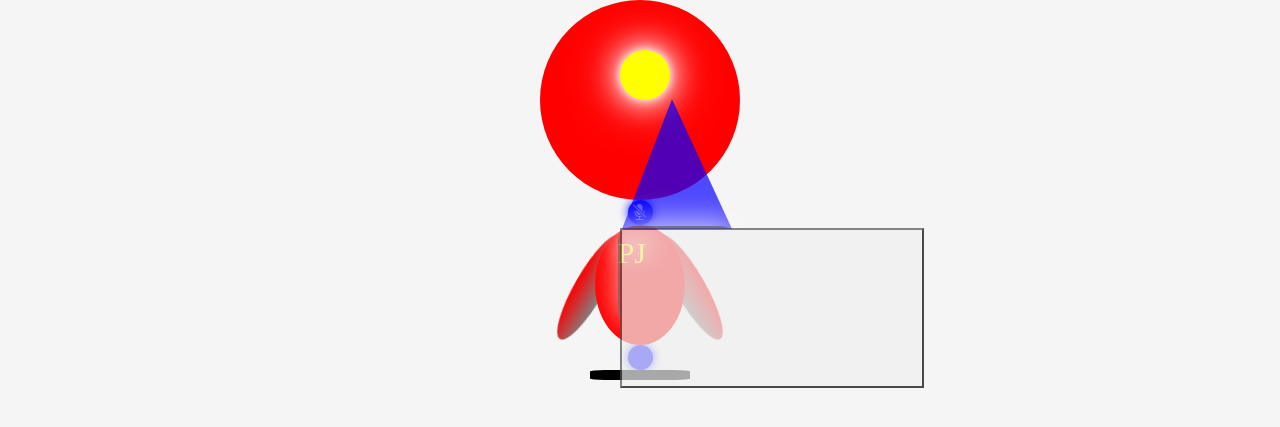
Repository: GwendiWisnuAnggoro/GwendiWisnuAnggoro.github.io
Page: AI PJ/Index.html
An editor plug-in stored every save of this project. The page is shown before and after a run of saves, followed by the edit.
The browser window is 1280 px wide. The pictures show the whole page.
Some web fonts or font styles are not loaded; a fallback is used.

Above is the page before, as saved 2023-02-06 19:39:44.

After the next 2 saves:
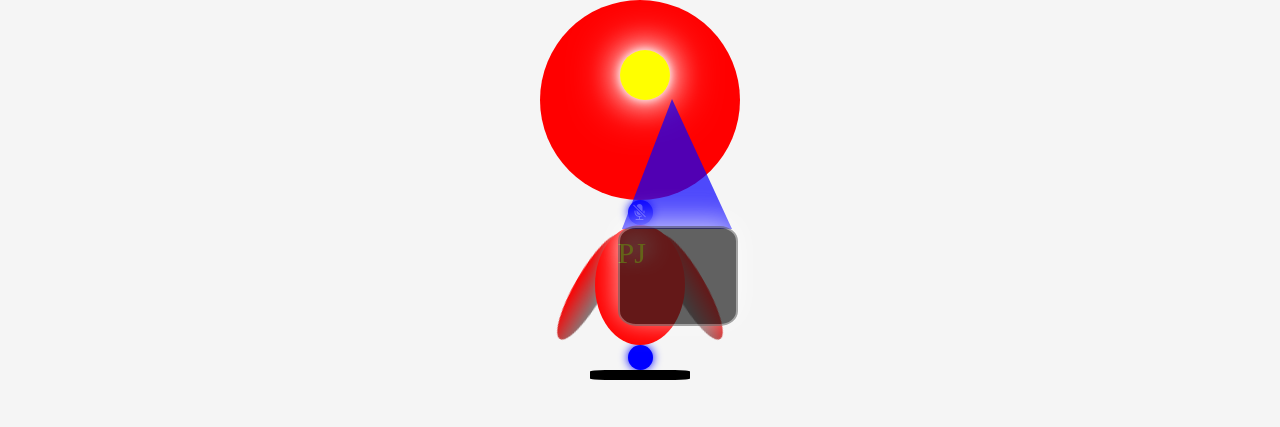
The 2 saves are shown as one change because they came seconds apart.
The last was saved 2 min 25 s later.
--- a/AI PJ/Index.html
+++ b/AI PJ/Index.html
@@ -419,10 +419,8 @@
             <p class="nama">PJ</p>
             <div class="segitiga"></div>
             <div class="layar">
-                <button type="button" id="caption">
-                    <video id="video" autoplay></video>
-                    <canvas id="canvas" style="display:none;"></canvas>
-                </button>
+                <video id="video"></video>
+                <canvas id="canvas"></canvas>
             </div>
             <div class="jawaban">
                 <p class="hasilJam">00:00</p>
